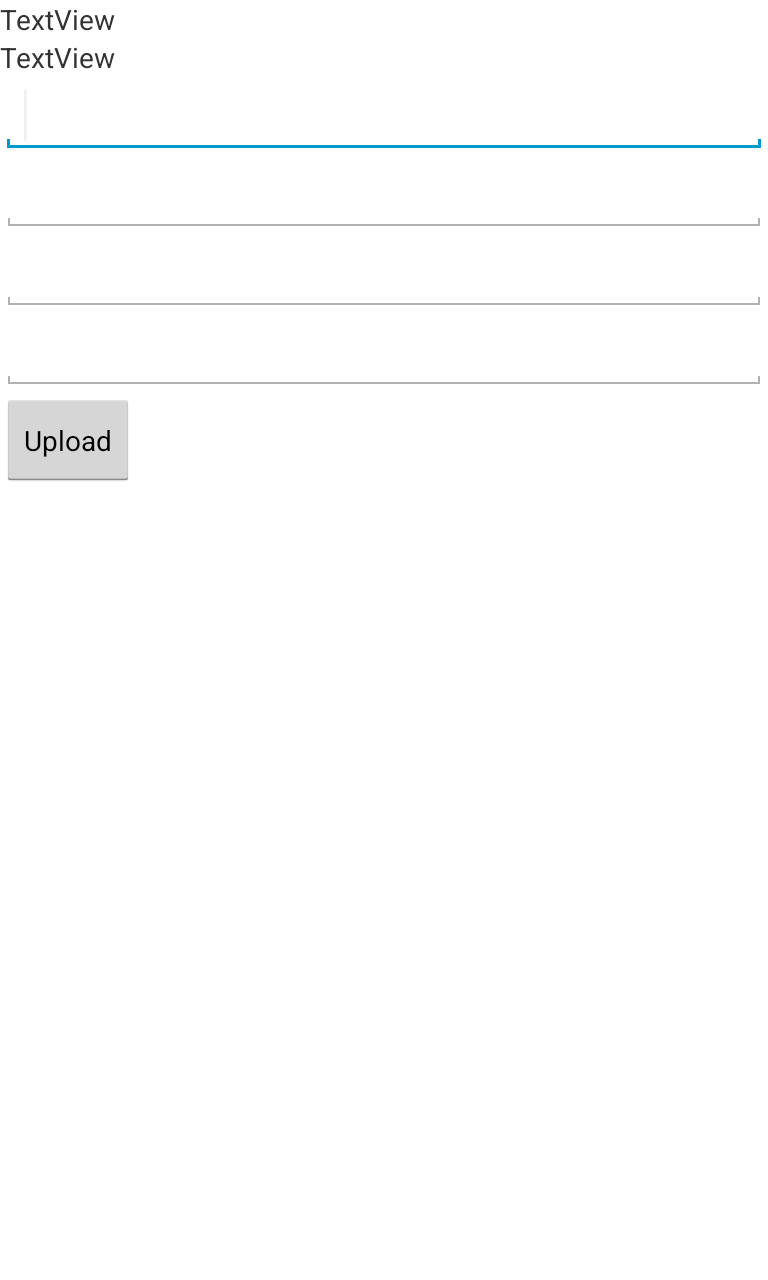
Repository: markaventura/acis
Layout: Acis/res/layout/information.xml
An editor plug-in stored every save of this project. The layout is shown before and after the next save, followed by the edit.
It is drawn on a 768 x 1280 px phone screen (xhdpi) without system bars, with theme AppTheme; the app's code is not run.

Above is the layout before, as saved 2014-10-03 07:37:45.

After the next save:
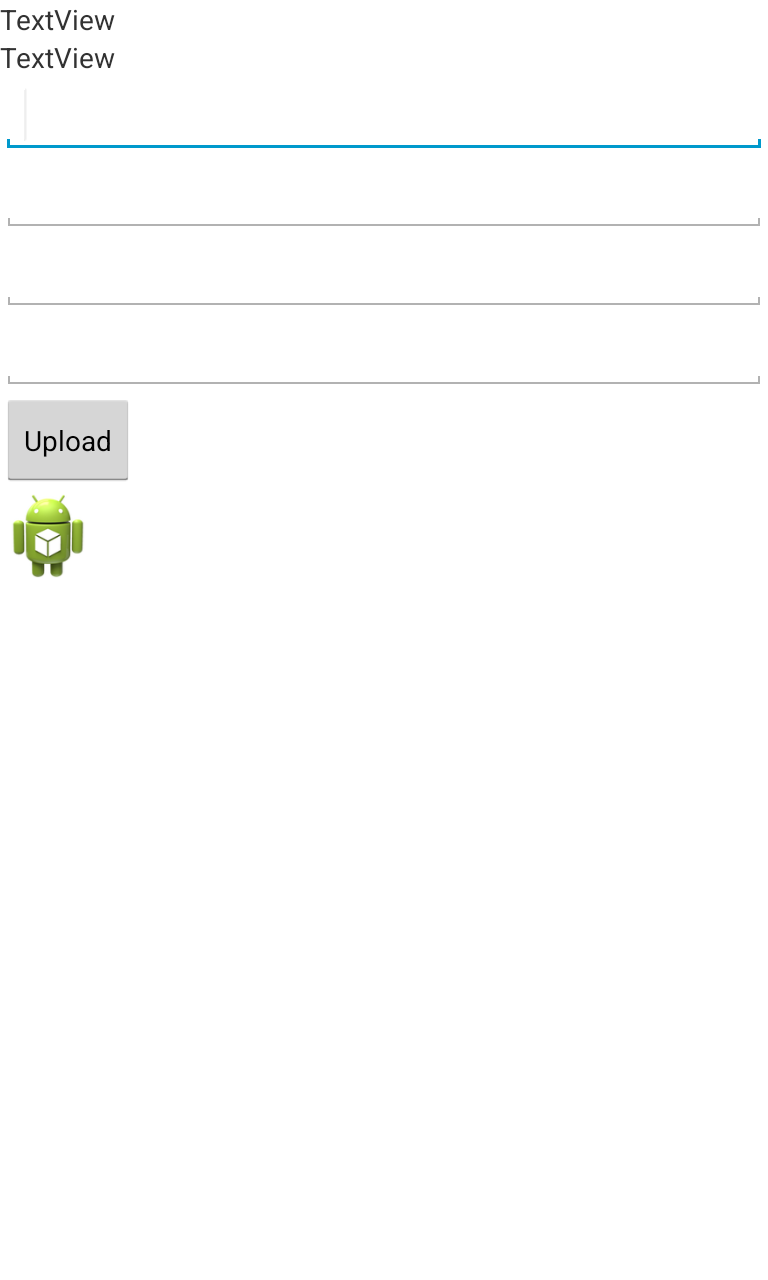
Saved 4 s later.
--- a/Acis/res/layout/information.xml
+++ b/Acis/res/layout/information.xml
@@ -50,4 +50,10 @@
         android:layout_height="wrap_content"
         android:text="Upload" />
 
+    <ImageView
+        android:id="@+id/imageView1"
+        android:layout_width="wrap_content"
+        android:layout_height="wrap_content"
+        android:src="@drawable/ic_launcher" />
+
 </LinearLayout>
